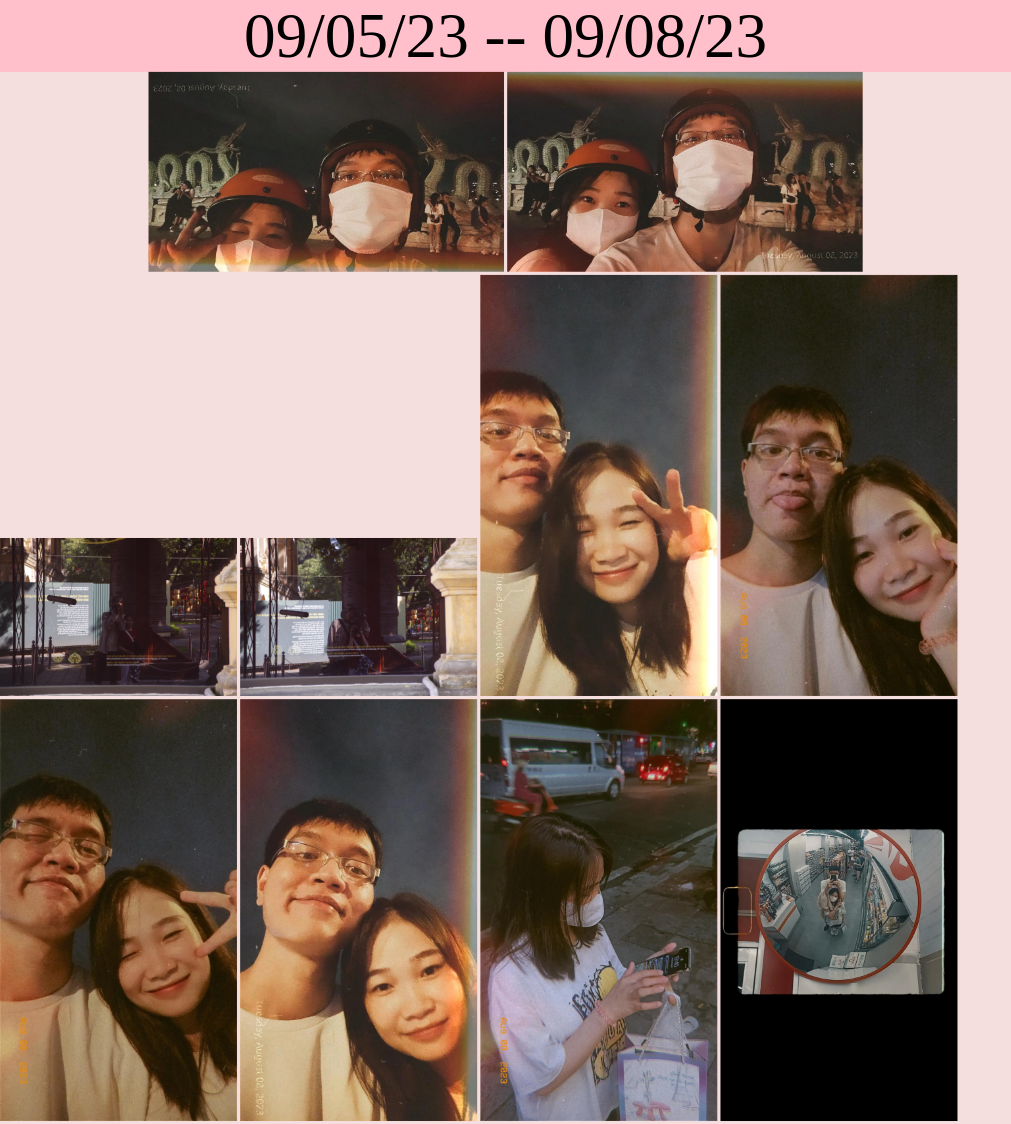
Repository: Hanhanh06/0907
Page: code/0908.html
An editor plug-in stored every save of this project. The page is shown before and after a run of saves, followed by the edit.
The browser window is 1280 px wide. The pictures show the whole page, at 79% of full size.

Above is the page before, as saved 2023-08-17 17:43:52.

After the next 2 saves:
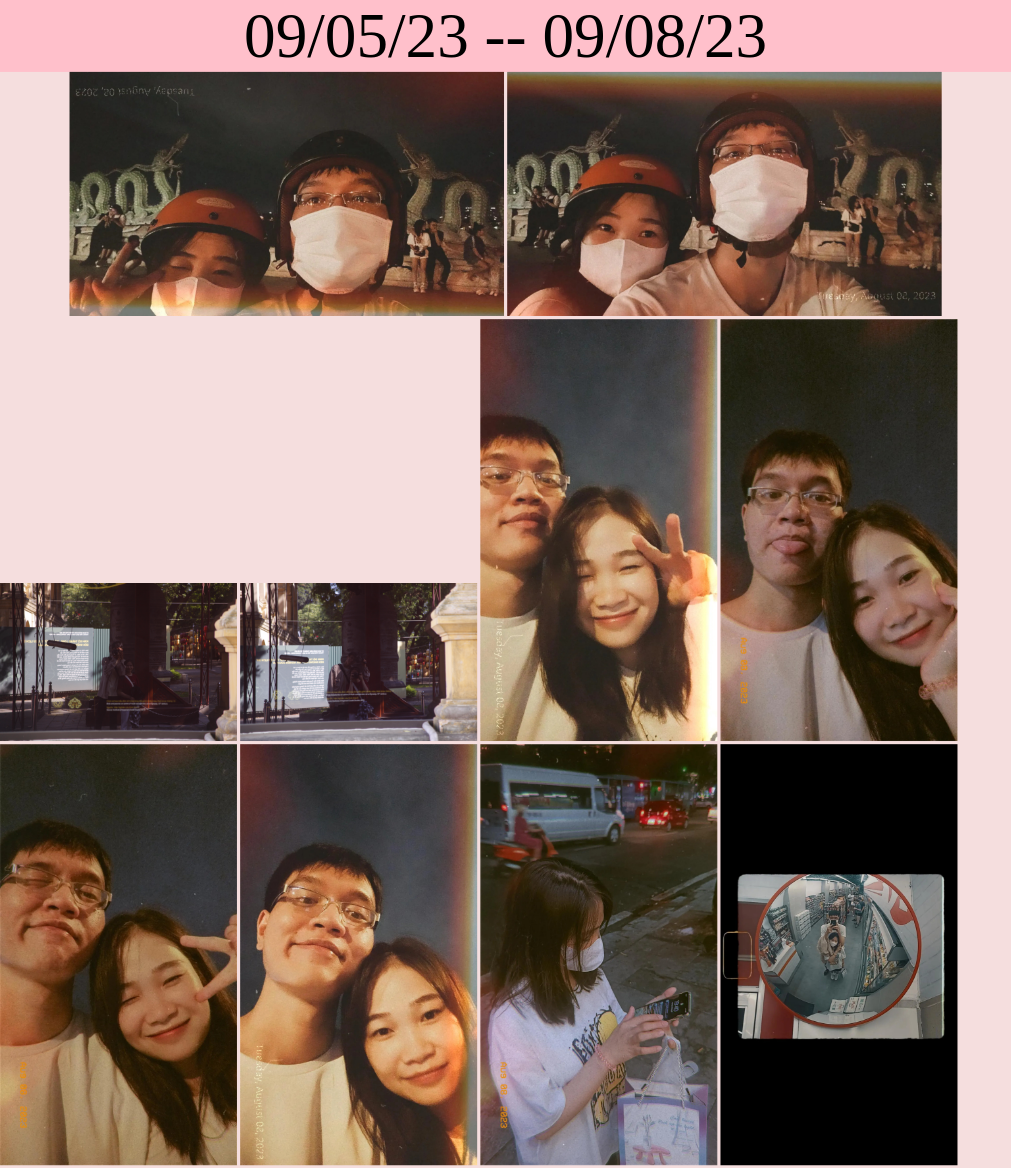
The 2 saves are shown as one change because they came seconds apart.
The last was saved 17 s later.
--- a/code/0908.html
+++ b/code/0908.html
@@ -29,8 +29,8 @@
 
         <center> <div style="background-color: pink; font-size: 80px; "> 09/05/23 -- 09/08/23</div></center>
         <center>
-        <img src="001.jpg" alt="Hình ảnh không tồn tại" width="450px" >
-       <img src="002.jpg" alt="Hình ảnh không tồn tại" width="450px">
+        <img src="001.jpg" alt="Hình ảnh không tồn tại" width="550px" >
+       <img src="002.jpg" alt="Hình ảnh không tồn tại" width="550px">
       </center>
 
        <img src="014.JPG" alt="Hình ảnh không tồn tại" width="300px" >
